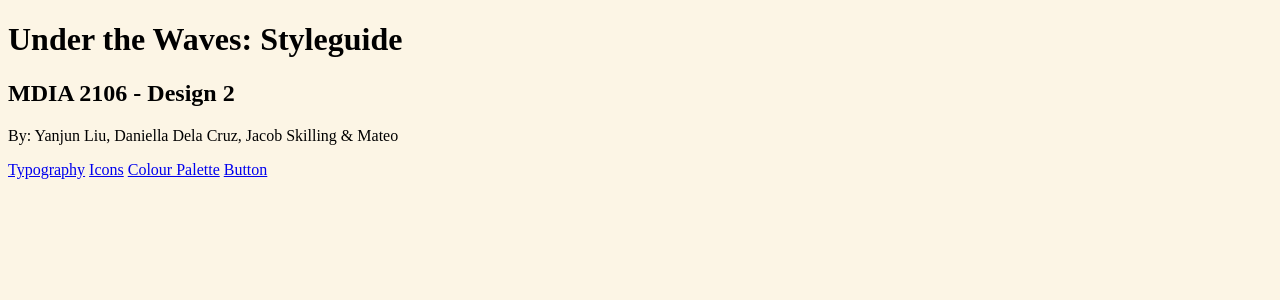
Repository: TeoEstrada9/styleguide
Page: index.html
These files come from the project's save history. The page is drawn as it stood at one moment and after a run of saves; the edit follows.
The browser window is 1280 px wide. The pictures show the whole page.

Above is the page before, as saved 2023-03-02 10:24:03.

After the next 2 saves:
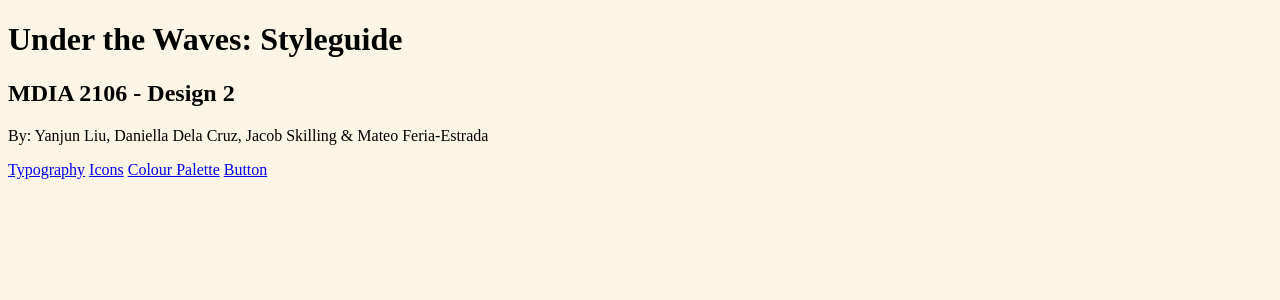
The 2 saves are shown as one change because they came seconds apart.
The last was saved 5 s later.
--- a/index.html
+++ b/index.html
@@ -12,7 +12,9 @@
   <body>
     <h1>Under the Waves: Styleguide</h1>
     <h2>MDIA 2106 - Design 2</h2>
-    <p>By: Yanjun Liu, Daniella Dela Cruz, Jacob Skilling & Mateo </p>
+    <p>
+      By: Yanjun Liu, Daniella Dela Cruz, Jacob Skilling & Mateo Feria-Estrada
+    </p>
     <div class="nav-bar">
       <a href="./pages/typography.html">Typography</a>
       <a href="./pages/buttons/icons.html">Icons</a>
